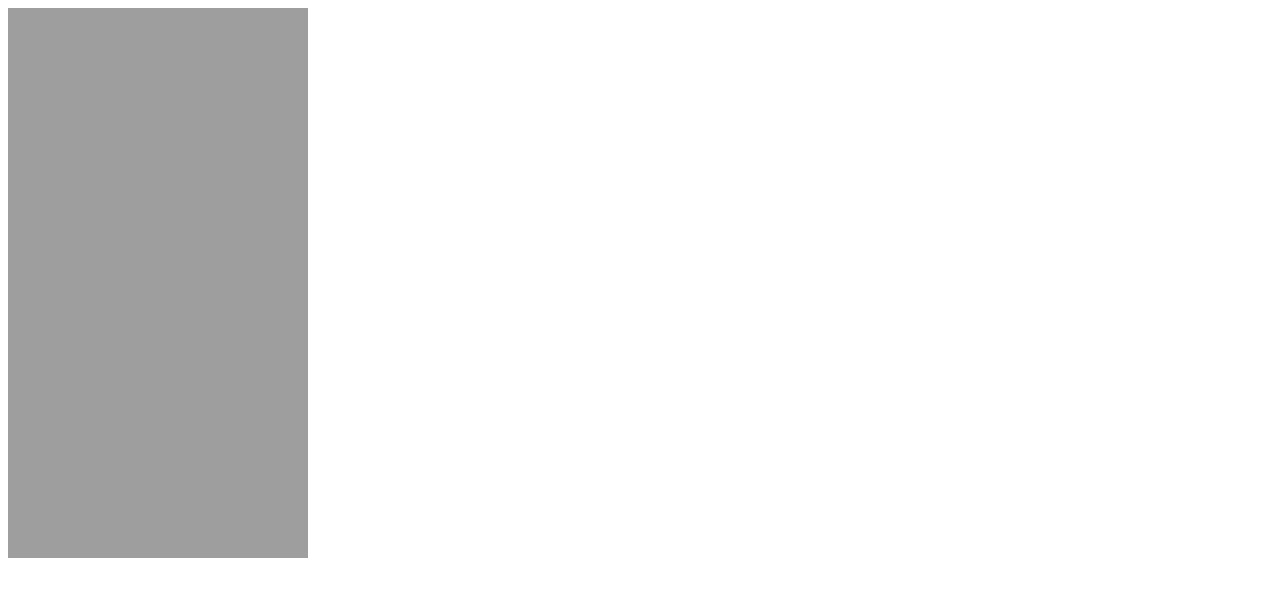
Repository: BlueLionycb/study-demo
Page: canvas-demo/src/index14.html
An editor plug-in stored every save of this project. The page is shown before and after the next save, followed by the edit.
The browser window is 1280 px wide. The pictures show the whole page.

Above is the page before, as saved 2020-01-26 23:12:08.

### canvas-demo/src/index14.html
<!DOCTYPE html>
<html lang="en">
    <head>
        <meta charset="UTF-8">
        <meta name="viewport" content="width=device-width, initial-scale=1.0">
        <meta http-equiv="X-UA-Compatible" content="ie=edge">
        <title>图片引入</title>
    </head>
    <body>
        <canvas id="myCanvas" height="600" width="600">

        </canvas>

        <script>
        function draw(){
            let canvas=document.getElementById("myCanvas") //画布
            let ctx=canvas.getContext("2d"); //上下文，画笔

            let img= new Image()
            img.src = './img/image.png'

            img.onload = function(){
                //图片，x，y,宽高
                // ctx.drawImage(this,0,0,300,200)
                /*
                *参数1：图像
                *参数2：x轴
                *参数3：y轴
                *参数4：宽度
                *参数5：高度
                *参数6：绘制x轴
                *参数7：绘制y轴
                *参数8：绘制宽度
                *参数9：绘制高度
                */
                ctx.drawImage(this,0,0,300,200,0,0,300,550)
            }


        }

        draw();

    </script>
    </body>
</html>

After the next save:
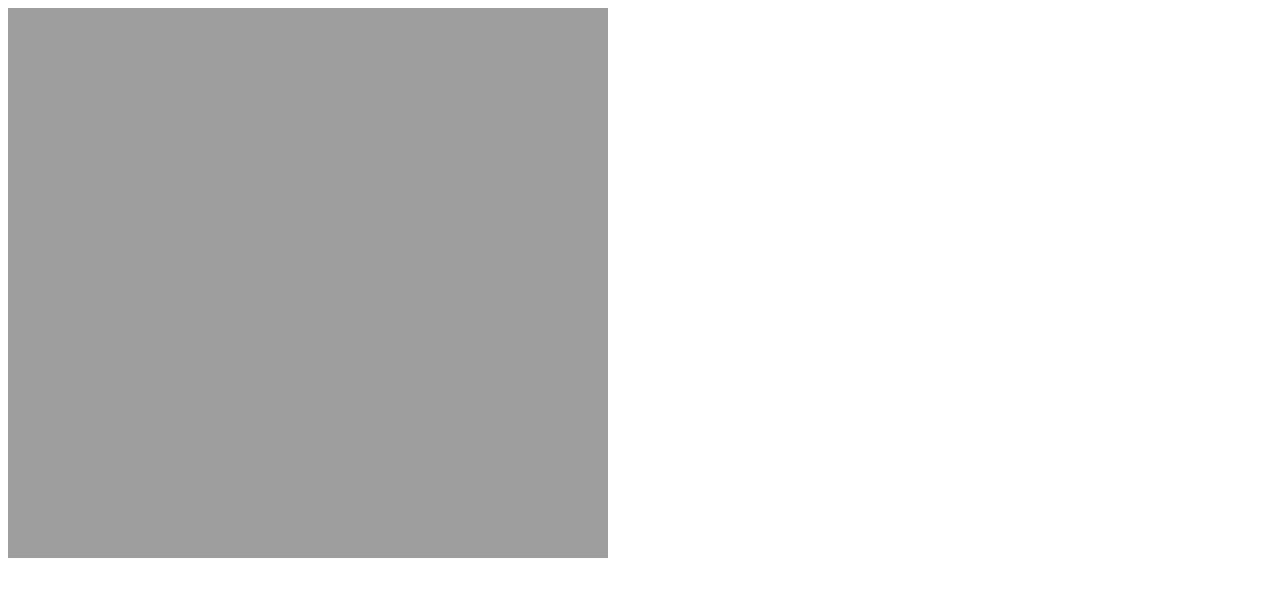
Saved 19 s later.
--- a/canvas-demo/src/index14.html
+++ b/canvas-demo/src/index14.html
@@ -33,7 +33,7 @@
                 *参数8：绘制宽度
                 *参数9：绘制高度
                 */
-                ctx.drawImage(this,0,0,300,200,0,0,300,550)
+                ctx.drawImage(this,0,0,300,200,0,0,600,550)
             }
 
 
